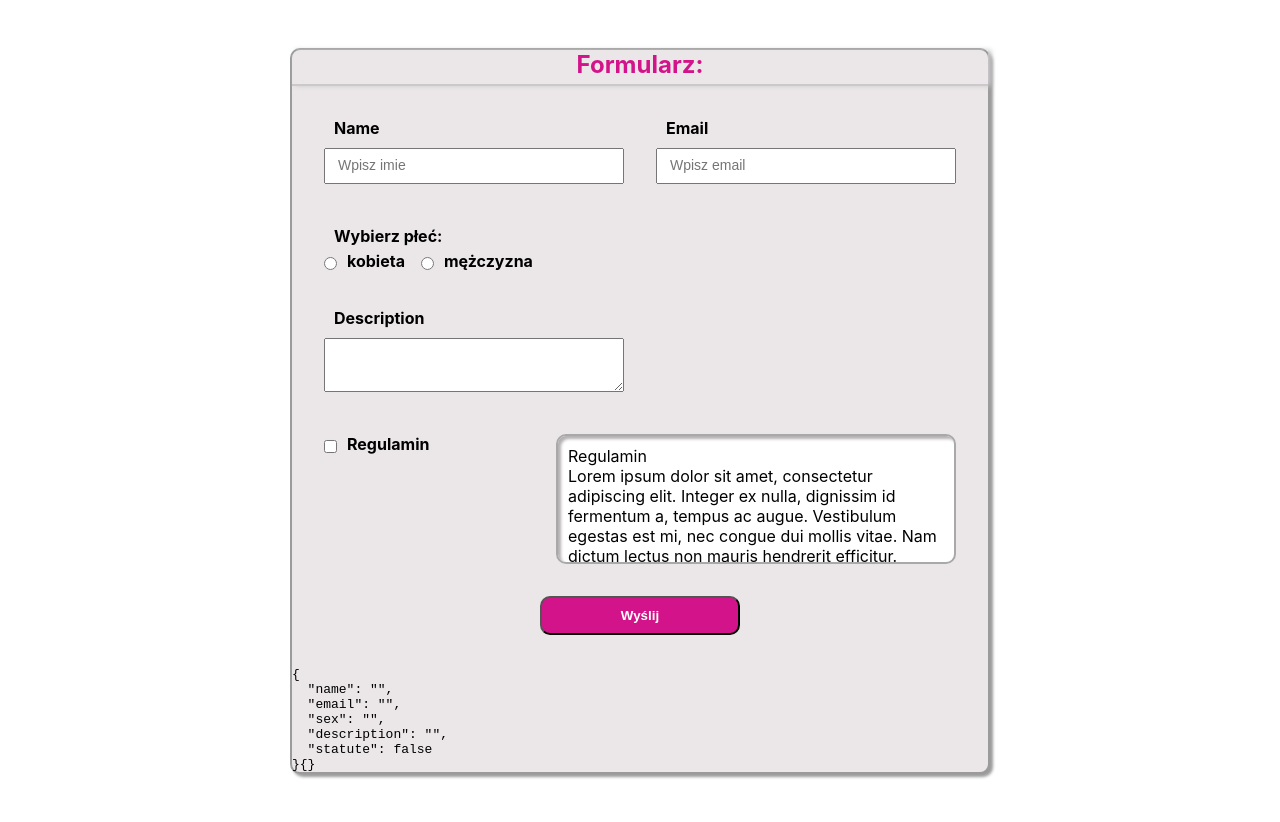
Repository: KrzysKolo/sr_tydzien4_zad3
Page: /
The author's editor kept a copy of each file at every save. The page is drawn from the files as they stood at one save, then again after the next save.
The browser window is 1280 px wide. The pictures show the whole page.
The project was rebuilt for these pictures with package versions that can differ from the ones it lists, and the page was loaded fresh each time. Also part of the build but not shown: src/components/FormComponents/TextError.js.

Above is the page before, as saved 2020-11-19 14:30:36.

After the next save:
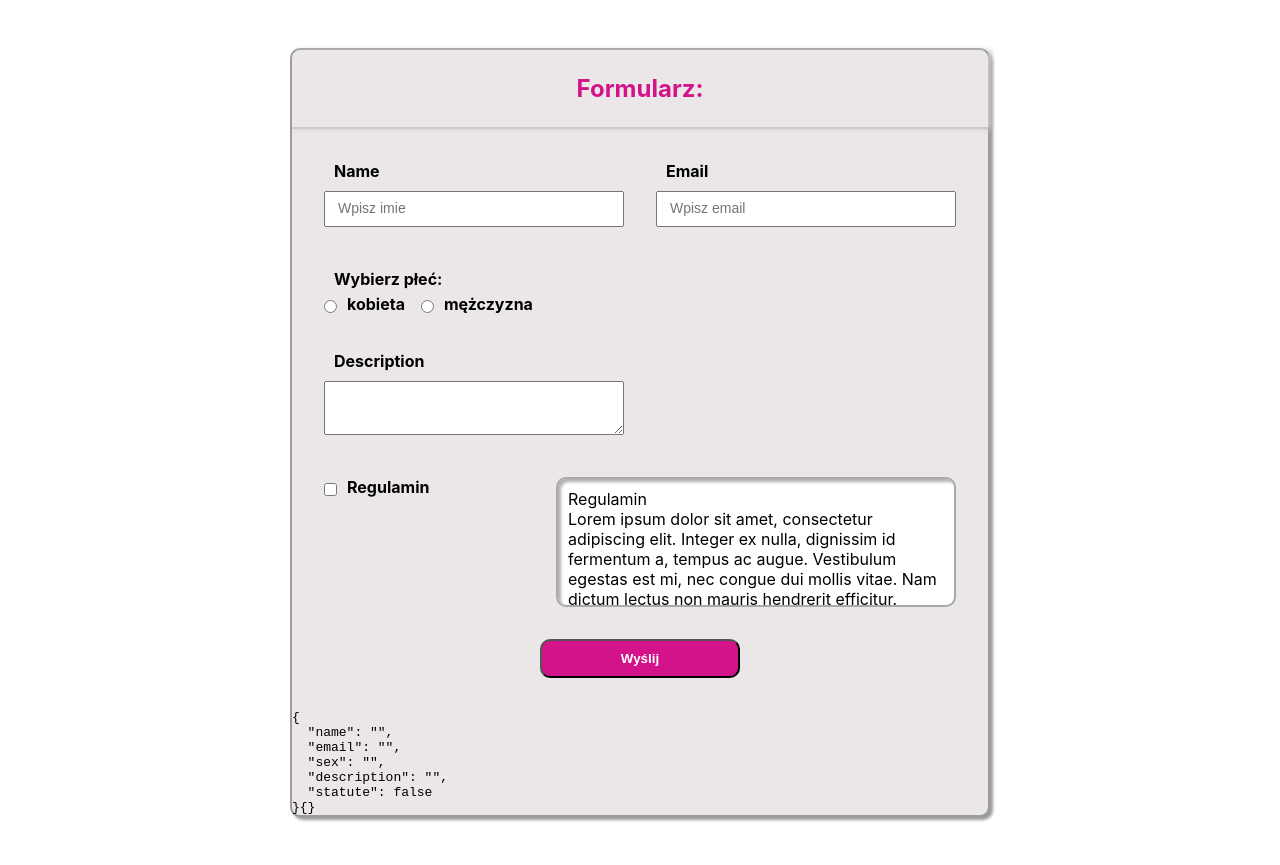
Saved 18 s later.
--- a/src/App.css
+++ b/src/App.css
@@ -73,6 +73,6 @@ textarea {
   text-align: center;
   font-weight: bold;
   border-bottom: 2px solid rgb(204, 201, 204);
-  padding-bottom: 5px;
+  padding: 1.5rem;
   box-shadow: 3px 0 5px rgb(204, 201, 204);
 }
